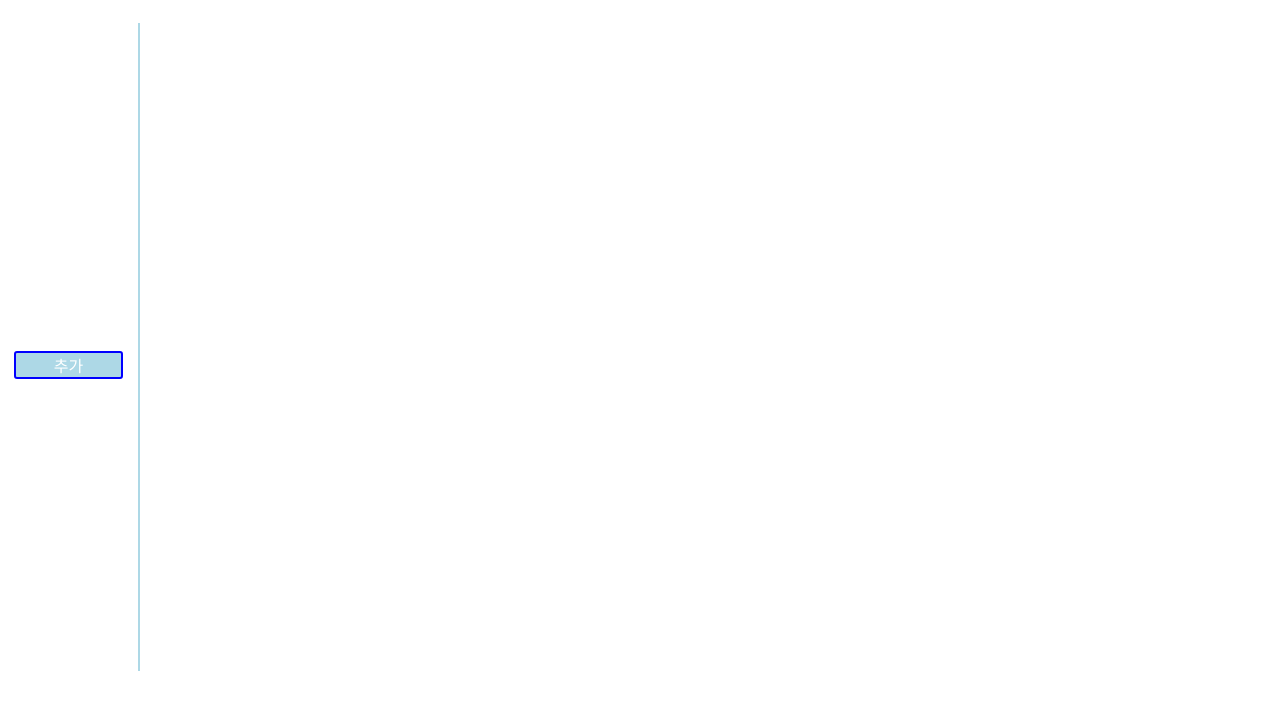
Repository: kKn00077/IOUSOFT
Page: http://localhost/Q2/bookmark.jsp
An editor plug-in stored every save of this project. The page is shown before and after the next save, followed by the edit.
The browser window is 1280 px wide. The pictures show the whole page.
The page is served by Tomcat 9. Queries for data that is not in the repository find no rows.

Above is the page before, as saved 2018-11-22 10:36:27.

After the next save:
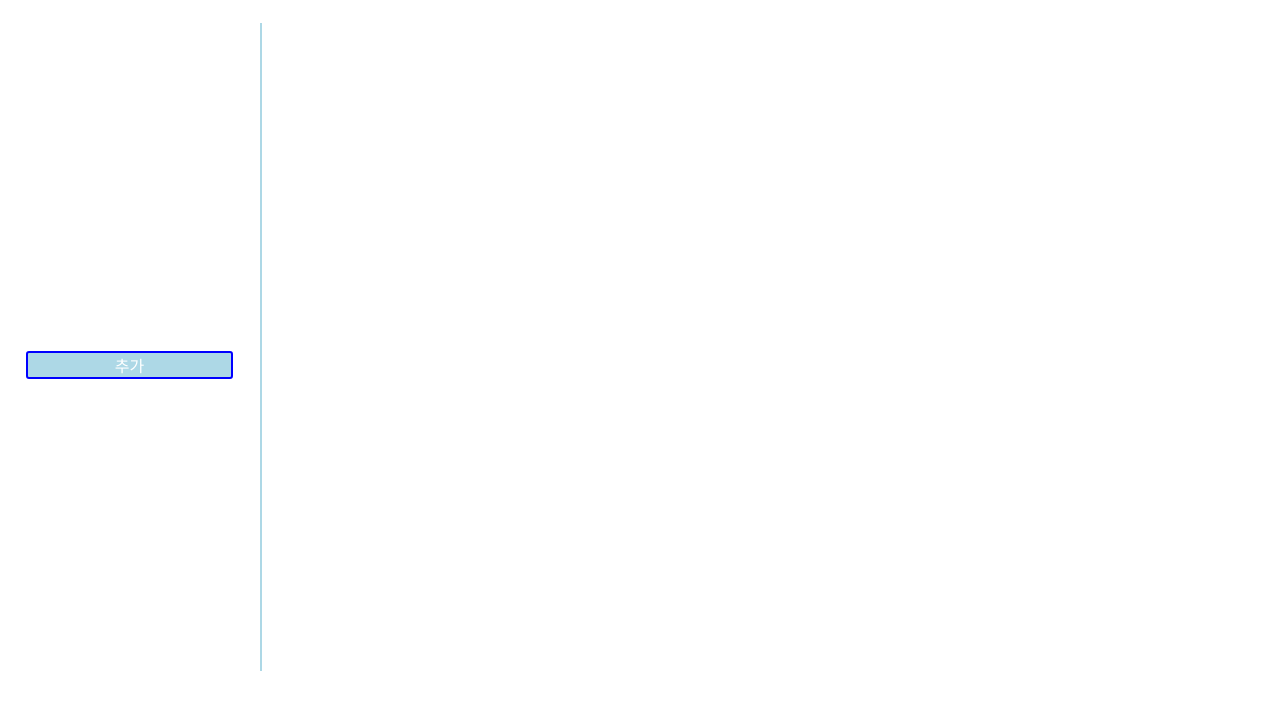
Saved 15 s later.
--- a/Q2/WebContent/bookmark.jsp
+++ b/Q2/WebContent/bookmark.jsp
@@ -23,7 +23,6 @@
 		border:none;
 		border-left:2px solid lightblue;
 		height:90vh;
-		width:80%;
 		margin-top:20px;
 		margin-bottom:20px;
 	}
@@ -95,7 +94,7 @@ MySQLConnection.close(rs);
 
 </td>
 
-<td>
+<td style="width:80%;">
 <iframe id="my-iframe" name="view" style="width:100%;" scrolling="yes"/>
 </td>
 
